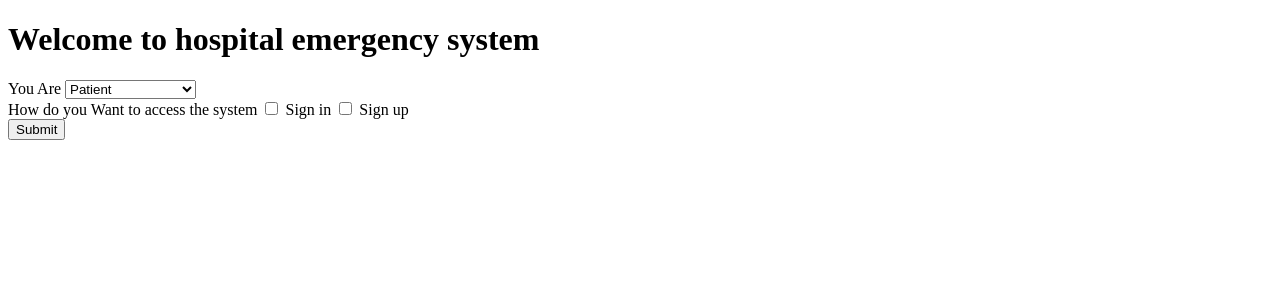
Repository: OmarAl-Saleh/Hospital-Emergency-System
Page: http://localhost/EmergencySystem/
An editor plug-in stored every save of this project. The page is shown before and after the next save, followed by the edit.
The browser window is 1280 px wide. The pictures show the whole page.
The page is served by Tomcat 9.

Above is the page before, as saved 2024-05-22 06:36:53.

After the next save:
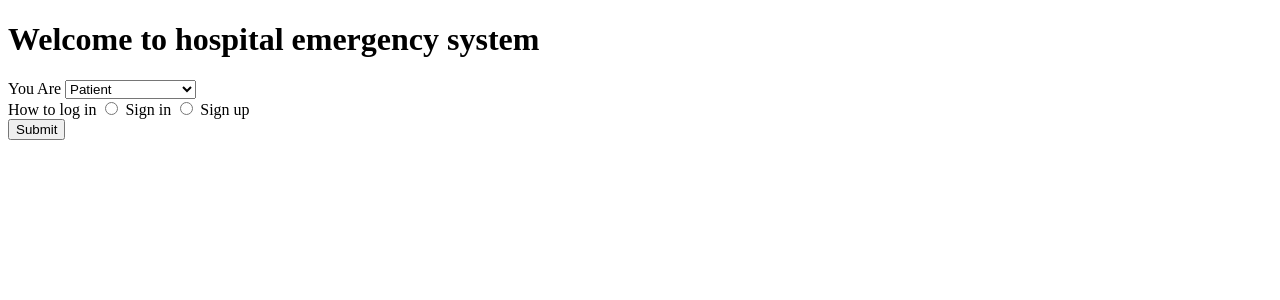
Saved 5 min 35 s later.
--- a/EmergencySystem/EmergencySystem/src/main/webapp/index.jsp
+++ b/EmergencySystem/EmergencySystem/src/main/webapp/index.jsp
@@ -17,11 +17,11 @@
     </select>
     <br>
  <form action="Sign_in.jsp" method="get">
-   <label> How do you Want to access the system
-        <input type="checkbox" name="sign" value="Sign_in"> Sign in
+   <label> How to log in
+        <input type="radio" name="sign" value="Sign_in"> Sign in
     </label>
     <label>
-        <input type="checkbox" name="sign" value="Sign_up"> Sign up
+        <input type="radio" name="sign" value="Sign_up"> Sign up
     </label>
 
    </form>
